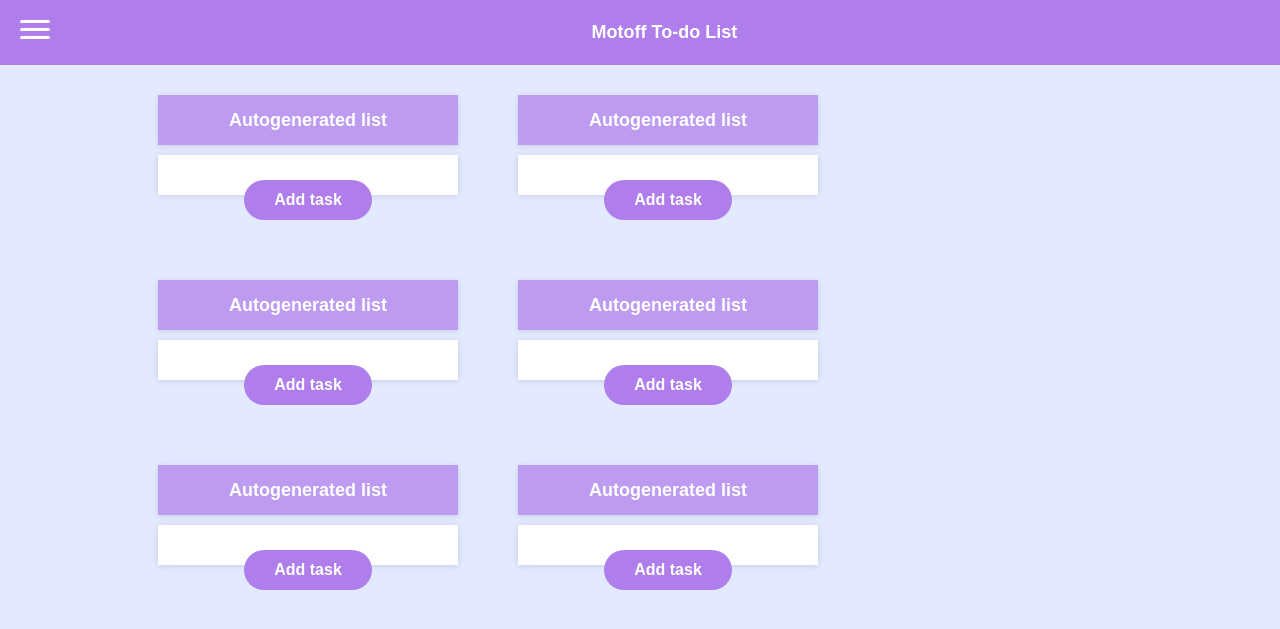
Repository: Amad-Mlinka/Todo-List-Vanilla-JS
Page: index.html
The author's editor kept a copy of each file at every save. The page is drawn from the files as they stood at one save, then again after the next save.
The browser window is 1280 px wide. The pictures show the whole page.
The page's requests for data from a server got no answer.

Above is the page before, as saved 2021-09-15 01:59:08.

### index.html
<!DOCTYPE html>
<html lang="en">
  <head>
    <meta charset="UTF-8" />
    <meta http-equiv="X-UA-Compatible" content="IE=edge" />
    <meta name="viewport" content="width=device-width, initial-scale=1.0" />
    <title>ToDo list</title>
    <link rel="stylesheet" href="/styles/style.css" />
    <link rel="stylesheet" href="/styles/hamburger.css" />
    <link rel="stylesheet" href="/styles/header.css" />
    <script src="script.js"></script>
  </head>
  <body>
    <div class="headerContainer">
      <div class="header">
        <div class="hamburger" id="hamburger">
          <span></span>
          <span></span>
          <span></span>
        </div>
        <div class="titleContainer">
          <span class="title">Motoff To-do List</span>
        </div>
      </div>

      <div class="sidebar"></div>
    </div>
    <div class="container">
      <div class="listContainer">
        <div class="listItem" id="autogenerated">
          <div class="todoHeader">Autogenerated list</div>
          <div class="todoData">
          </div>
          <div class="addBtnContainer">
            <div class="addTaskBtn">Add task</div>
          </div>
        </div>
        <div class="listItem" id="autogenerated">
            <div class="todoHeader">Autogenerated list</div>
            <div class="todoData">
            </div>
            <div class="addBtnContainer">
              <div class="addTaskBtn">Add task</div>
            </div>
          </div>
          <div class="listItem" id="autogenerated">
            <div class="todoHeader">Autogenerated list</div>
            <div class="todoData">
            </div>
            <div class="addBtnContainer">
              <div class="addTaskBtn">Add task</div>
            </div>
          </div>
          <div class="listItem" id="autogenerated">
            <div class="todoHeader">Autogenerated list</div>
            <div class="todoData">
            </div>
            <div class="addBtnContainer">
              <div class="addTaskBtn">Add task</div>
            </div>
          </div>
          <div class="listItem" id="autogenerated">
            <div class="todoHeader">Autogenerated list</div>
            <div class="todoData">
            </div>
            <div class="addBtnContainer">
              <div class="addTaskBtn">Add task</div>
            </div>
          </div>
          <div class="listItem" id="autogenerated">
            <div class="todoHeader">Autogenerated list</div>
            <div class="todoData">
            </div>
            <div class="addBtnContainer">
              <div class="addTaskBtn">Add task</div>
            </div>
          </div>
      </div>
    </div>
  </body>
</html>

### styles/style.css
* {
  padding: 0;
  margin: 0;
}

body {
  background-color: rgb(227, 233, 255);
}
.container {
  display: flex;
  flex-direction: column;
  width: 80%;
  margin: auto;
}
.listContainer {
  width: 100%;
  display: flex;
  flex-direction: row;
  flex-wrap: wrap;
  justify-content: flex-start;
}
.listItem {
  display: flex;
  flex-direction: column;
  width: 300px;
  margin: 30px;

}
.todoHeader {
  width: 100%;
  padding: 10px 0px;
  display: flex;
  justify-content: center;
  align-items: center;
  height: 30px;
  background: #af7eeab9;
  font-family: sans-serif;
  font-size: 18px;
  font-weight: bolder;
  color: white;
  margin-bottom: 10px;
  box-shadow: 0px 1px 6px 0px rgb(0 0 0 / 12%);
  -webkit-box-shadow: 0px 1px 6px 0px rgb(0 0 0 / 12%);
  -moz-box-shadow: 0px 1px 6px 0px rgb(0 0 0 / 12%);
}
.todoData {
  display: flex;
  flex-direction: column;
  background: #fff;
  padding: 20px;
  box-shadow: 0px 1px 6px 0px rgb(0 0 0 / 12%);
  -webkit-box-shadow: 0px 1px 6px 0px rgb(0 0 0 / 12%);
  -moz-box-shadow: 0px 1px 6px 0px rgb(0 0 0 / 12%);
}
.todoItem {
  display: flex;
  width: 100%;
  justify-content: space-between;
  margin: 10px 0;
}
.checkDescription {
  width: fit-content;
  max-width: 90%;
  display: flex;
  align-items: center;
}
.todoCheck {
  margin-right: 20px;
}

.deleteIcon {
  width: 13px;
  color: #b7bac9;
}
.checkCircle {
  width: 1.3em;
  height: 1.3em;
  background-color: white;
  border-radius: 50%;
  vertical-align: middle;
  border: 2px solid #b7bac9;
  appearance: none;
  -webkit-appearance: none;
  outline: none;
  cursor: pointer;
}
.checkCircle:checked {
  background-color: #af7eeab9;
}
.todoDescription {
  font-family: sans-serif;
  font-size: 16px;
  font-weight: bolder;
  color: #b7bac9;
  overflow-wrap: anywhere;
}

.addBtnContainer {
  margin: -15px auto 0px auto;
  height: 30px;
  padding: 5px 30px;
  border-radius: 20px;
  background: #af7eea;
  font-family: sans-serif;
  font-weight: bolder;
  color: #fff;
  display: flex;
  align-items: center;
  cursor: pointer;
  transition: all 0.3s ease-in-out;
}
.addBtnContainer:hover {
  transform: scale(1.1);
  transition: all 0.3s ease-in-out;
}

### styles/hamburger.css

  .hamburger {
    width: 30px;
    height: 25px;
    position: relative;
    -webkit-transform: rotate(0deg);
    -moz-transform: rotate(0deg);
    -o-transform: rotate(0deg);
    transform: rotate(0deg);
    -webkit-transition: 0.5s ease-in-out;
    -moz-transition: 0.5s ease-in-out;
    -o-transition: 0.5s ease-in-out;
    transition: 0.5s ease-in-out;
    cursor: pointer;
    margin: 10px;
  }

  .hamburger span {
    position: absolute;
    height: 3px;
    width: 30px;
    background: white;
    border-radius: 10px;
    opacity: 1;
    left: 0;
    -webkit-transform: rotate(0deg);
    -moz-transform: rotate(0deg);
    -o-transform: rotate(0deg);
    transform: rotate(0deg);
    -webkit-transition: 0.25s ease-in-out;
    -moz-transition: 0.25s ease-in-out;
    -o-transition: 0.25s ease-in-out;
    transition: 0.25s ease-in-out;
  }


  .hamburger span:nth-child(1) {
  top: 0px;
  -webkit-transform-origin: left center;
  -moz-transform-origin: left center;
  -o-transform-origin: left center;
  transform-origin: left center;
  }

  .hamburger span:nth-child(2) {
  top: 8px;
  -webkit-transform-origin: left center;
  -moz-transform-origin: left center;
  -o-transform-origin: left center;
  transform-origin: left center;
  }

  .hamburger span:nth-child(3) {
  top: 16px;
  -webkit-transform-origin: left center;
  -moz-transform-origin: left center;
  -o-transform-origin: left center;
  transform-origin: left center;
  }

  .hamburger.open span:nth-child(1) {
  -webkit-transform: rotate(45deg);
  -moz-transform: rotate(45deg);
  -o-transform: rotate(45deg);
  transform: rotate(45deg);
  top: -3px;
  left: 4px;
  }

  .hamburger.open span:nth-child(2) {
  width: 0%;
  opacity: 0;
  }

  .hamburger.open span:nth-child(3) {
  -webkit-transform: rotate(-45deg);
  -moz-transform: rotate(-45deg);
  -o-transform: rotate(-45deg);
  transform: rotate(-45deg);
  top: 18px;
  left: 4px;
  }

### styles/header.css
.header{
    display: flex;
    flex-direction: row;
    justify-content:space-between;
    background-color:#af7eea;
    padding: 10px;
}
.titleContainer{
    width: 100%;
    display: flex;
}
.title{
    color: white;
    margin: auto;
    font-family: sans-serif;
    font-size:18px;
    font-weight: bolder;
}

### script.js
var getTodos = async () => {
    var res = await fetch("https://jsonplaceholder.typicode.com/todos");
    var todosFull = await res.json();
    var todos = todosFull.slice(0, 20);
    console.log("Todos loaded")
    return todos;
}

document.addEventListener("DOMContentLoaded", async function () {
    const hamburger = document.getElementById("hamburger");
    hamburger.addEventListener("click", function () {
        if (this.classList.contains("open")) {
            this.classList.remove("open")
        } else {
            this.classList.add("open")
        }

    })
    console.log("Hamburger loaded");
    todos = await getTodos();
    todos.forEach((todo, i) => {
        document.getElementById("autogenerated").querySelector(".todoData").insertAdjacentHTML("afterbegin",
            `
        <div class="todoItem">
        <div class="checkDescription">
          <div class="todoCheck"><input type="checkbox" defaultchecked="false" class="checkCircle"></input></div>
          <div class="todoDescription">
            <span class="todoText">${todo.title}</span>
          </div>
        </div>

        <div class="todoDelete">
          <div class="deleteIconContainer">
            <img
              class="deleteIcon"
              src="/public/images/trash.png"
              alt=""
            />
          </div>
          <div class="deleteTooltip"></div>
        </div>
      </div>
        `
        )
    })

    console.log()




});

After the next save:
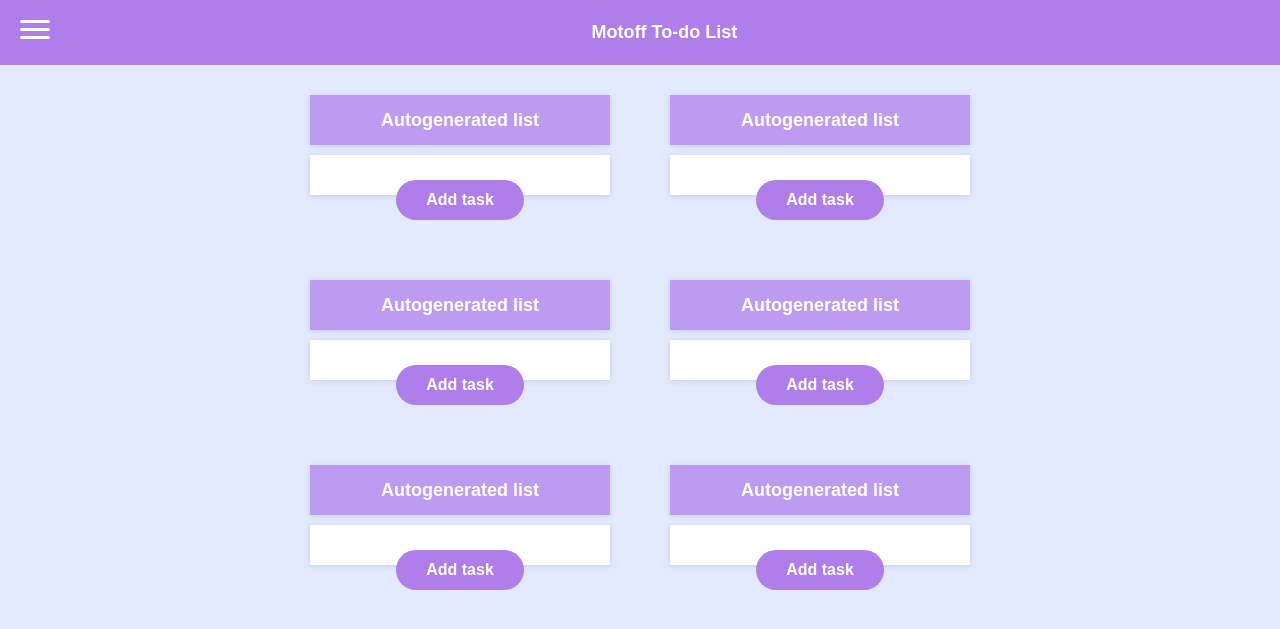
Saved 51 s later.
--- a/styles/style.css
+++ b/styles/style.css
@@ -17,7 +17,7 @@ body {
   display: flex;
   flex-direction: row;
   flex-wrap: wrap;
-  justify-content: flex-start;
+  justify-content: center;
 }
 .listItem {
   display: flex;
